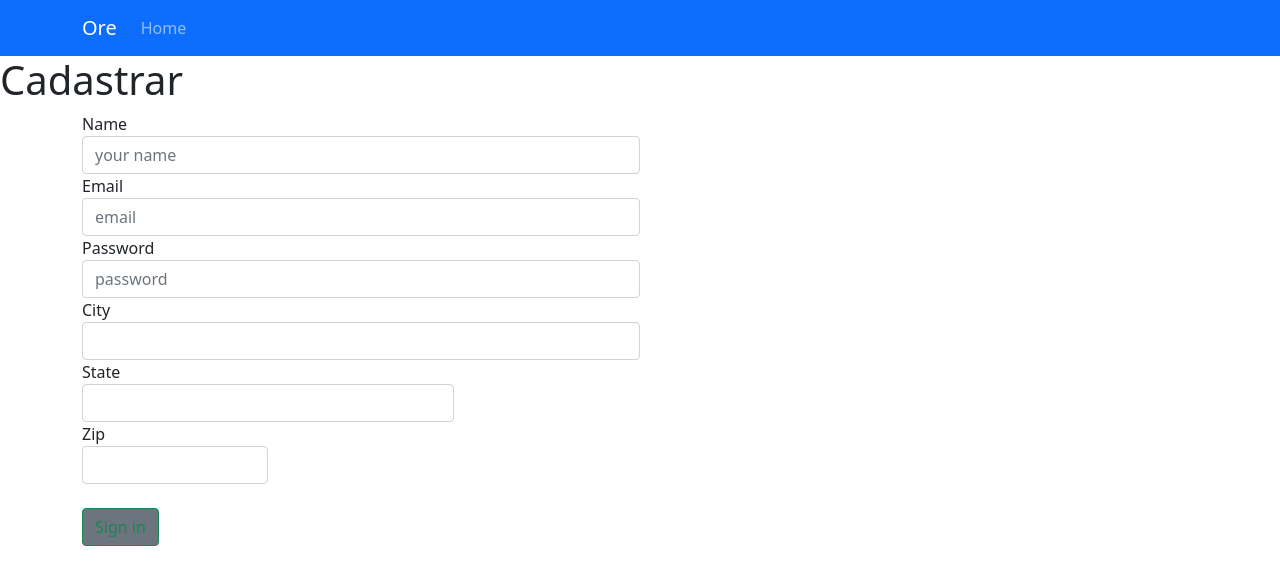
Repository: thf4/React-Front
Page: /cadastrar
These files come from the project's save history. The page is drawn as it stood at one moment and after the next save; the edit follows.
The browser window is 1280 px wide. The pictures show the whole page.
The project was rebuilt for these pictures with package versions that can differ from the ones it lists, and the page was loaded fresh each time. Also part of the build but not shown: src/config/index.js, src/pages/Home/index.js, src/pages/Vizualizar/index.js, src/pages/Editar/index.js.

Above is the page before, as saved 2021-05-07 13:43:49.

### src/App.js
import React from "react";
import { BrowserRouter as Router, Switch, Route } from "react-router-dom";
import { Home } from "./pages/Home/";
import { View } from "./pages/Vizualizar/";
import { Cadastrar } from "./pages/Cadastrar/";
import { Editar } from "./pages/Editar/";
import { Menu } from "./components/Menu";
import 'bootstrap/dist/css/bootstrap.min.css';
function App() {
  return (
    <div>
      <Menu />
      <Router>
        <Switch>
          <Route exact path="/" component={Home} />
          <Route path="/view" component={View} />
          <Route path="/cadastrar" component={Cadastrar} />
          <Route path="/editar" component={Editar} />
        </Switch>
      </Router>
    </div>
  );
}

export default App;

### src/pages/Cadastrar/index.js
import {
  Col,
  Button,
  Form,
  FormGroup,
  Label,
  Input,
  Row,
  Container,
} from "reactstrap";
import React, { useState } from "react";
import axios from "axios";
import { cad } from "../../config/cadastrar";

export const Cadastrar = () => {
  const [user, setUser] = useState({
    name: "",
    email: "",
    password: "",
    city: "",
    zip: "",
    state: "",
  });

  const valorInput = (e) =>
    setUser({ ...user, [e.target.name]: e.target.value });

  const cadUser = async (e) => {
    e.preventDefault();

    const headers = {
      "Content-Type": "application/json",
    };
    await axios.post(cad, user, { headers }).then((response) => {});
  };

  return (
    <div>
      <h1> Cadastrar </h1>
      <Form onSubmit={cadUser}>
        <Container>
          <Row form>
            <Col md={6}>
              <FormGroup>
                <Label for="name">Name</Label>
                <Input
                  type="text"
                  name="name"
                  id="exampleAddress"
                  placeholder="your name"
                  onChange={valorInput}
                />
              </FormGroup>
            </Col>
            <Col md={6}>
              <FormGroup>
                <Label for="Email">Email</Label>
                <Input
                  type="email"
                  name="email"
                  id="exampleEmail"
                  placeholder="email"
                  onChange={valorInput}
                />
              </FormGroup>
            </Col>
            <Col md={6}>
              <FormGroup>
                <Label for="password">Password</Label>
                <Input
                  type="password"
                  name="password"
                  id="examplePassword"
                  placeholder="password "
                  onChange={valorInput}
                />
              </FormGroup>
            </Col>
            <Col md={6}>
              <FormGroup>
                <Label for="exampleCity">City</Label>
                <Input
                  type="text"
                  name="city"
                  id="exampleCity"
                  onChange={valorInput}
                />
              </FormGroup>
            </Col>
            <Col md={4}>
              <FormGroup>
                <Label for="exampleState">State</Label>
                <Input
                  type="text"
                  name="state"
                  id="exampleState"
                  onChange={valorInput}
                />
              </FormGroup>
            </Col>
            <Col md={2}>
              <FormGroup>
                <Label for="exampleZip">Zip</Label>
                <Input
                  type="text"
                  name="zip"
                  id="exampleZip"
                  onChange={valorInput}
                />
              </FormGroup>
            </Col>
          </Row>
          <Button className="mt-4 btn btn-outline-success" href="">
            Sign in
          </Button>
        </Container>
      </Form>
    </div>
  );
};

### src/components/Menu.js
import React, { useState } from "react";
import {
  Collapse,
  Navbar,
  NavbarToggler,
  NavbarBrand,
  Nav,
  NavItem,
  NavLink,
  Container,
} from "reactstrap";
export const Menu = (props) => {
  const [isOpen, setIsOpen] = useState(false);
  const toggle = () => setIsOpen(!isOpen);

  return (
    <div>
      <Navbar color="primary" dark expand="md">
        <Container>
        <NavbarBrand href="/">Ore</NavbarBrand>
        <NavbarToggler onClick={toggle} />
        <Collapse isOpen={isOpen} navbar>
          <Nav className="mr-auto" navbar>
            <NavItem>
              <NavLink href="/">Home</NavLink>
            </NavItem>
          </Nav>
        </Collapse>
        </Container>
      </Navbar>
    </div>
  );
};

### src/config/cadastrar.js
export const cad = "http://localhost:3000/cadastrar"

Loaded but not shown: public/index.html (common file); src/index.js (common file); src/index.css (common file); src/reportWebVitals.js (common file)

After the next save:
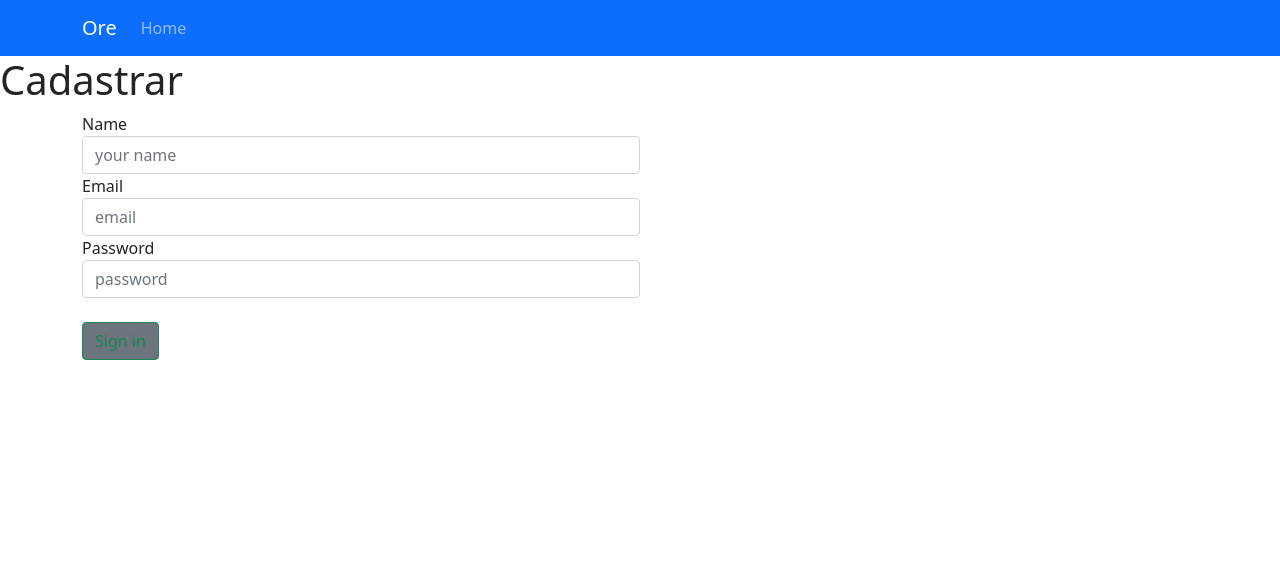
Saved 7 min 52 s later.
--- a/src/pages/Cadastrar/index.js
+++ b/src/pages/Cadastrar/index.js
@@ -76,39 +76,6 @@ export const Cadastrar = () => {
                 />
               </FormGroup>
             </Col>
-            <Col md={6}>
-              <FormGroup>
-                <Label for="exampleCity">City</Label>
-                <Input
-                  type="text"
-                  name="city"
-                  id="exampleCity"
-                  onChange={valorInput}
-                />
-              </FormGroup>
-            </Col>
-            <Col md={4}>
-              <FormGroup>
-                <Label for="exampleState">State</Label>
-                <Input
-                  type="text"
-                  name="state"
-                  id="exampleState"
-                  onChange={valorInput}
-                />
-              </FormGroup>
-            </Col>
-            <Col md={2}>
-              <FormGroup>
-                <Label for="exampleZip">Zip</Label>
-                <Input
-                  type="text"
-                  name="zip"
-                  id="exampleZip"
-                  onChange={valorInput}
-                />
-              </FormGroup>
-            </Col>
           </Row>
           <Button className="mt-4 btn btn-outline-success" href="">
             Sign in
